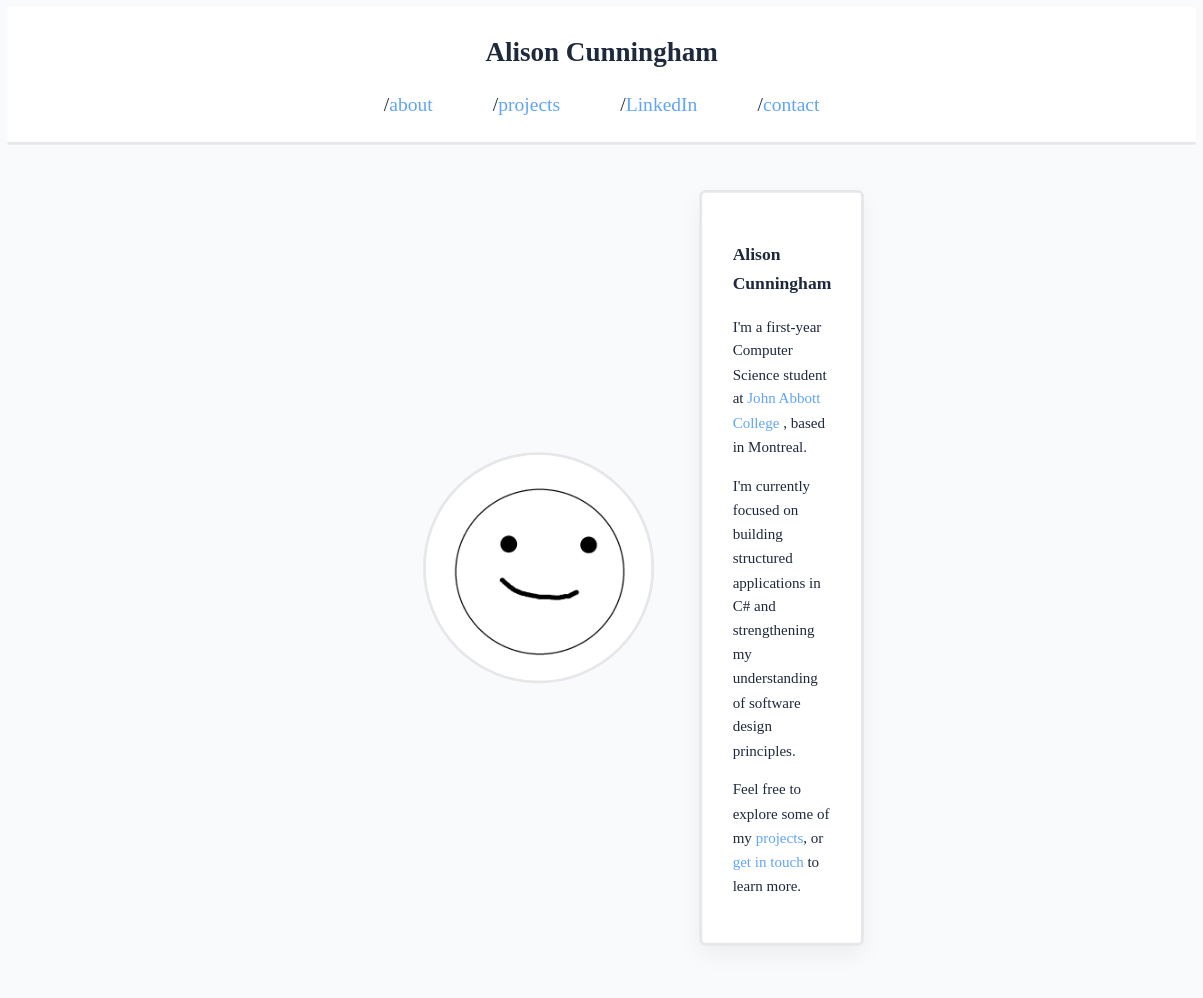
Repository: alison-cunningham/alison-cunningham
Page: index.html
An editor plug-in stored every save of this project. The page is shown before and after the next save, followed by the edit.
The browser window is 1280 px wide. The pictures show the whole page, at 94% of full size.
Some web fonts or font styles are not loaded; a fallback is used.

Above is the page before, as saved 2026-04-22 14:13:42.

After the next save:
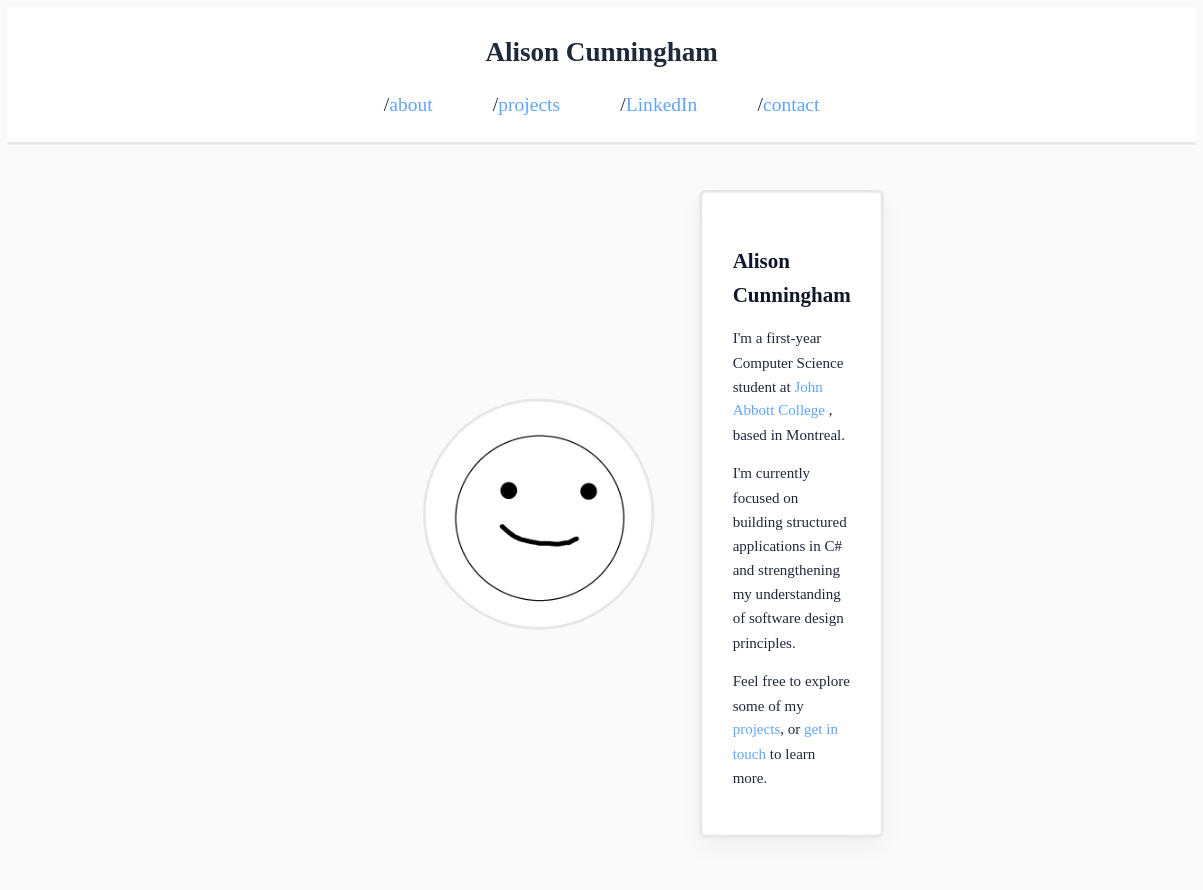
Saved 89 s later.
--- a/styles/globals.css
+++ b/styles/globals.css
@@ -21,3 +21,9 @@ a{
     text-decoration: none;
     color: inherit;
 }
+
+h3{
+    font-size: 1.4rem;
+    margin-bottom: 1rem;
+    color: #0f172a;
+}
